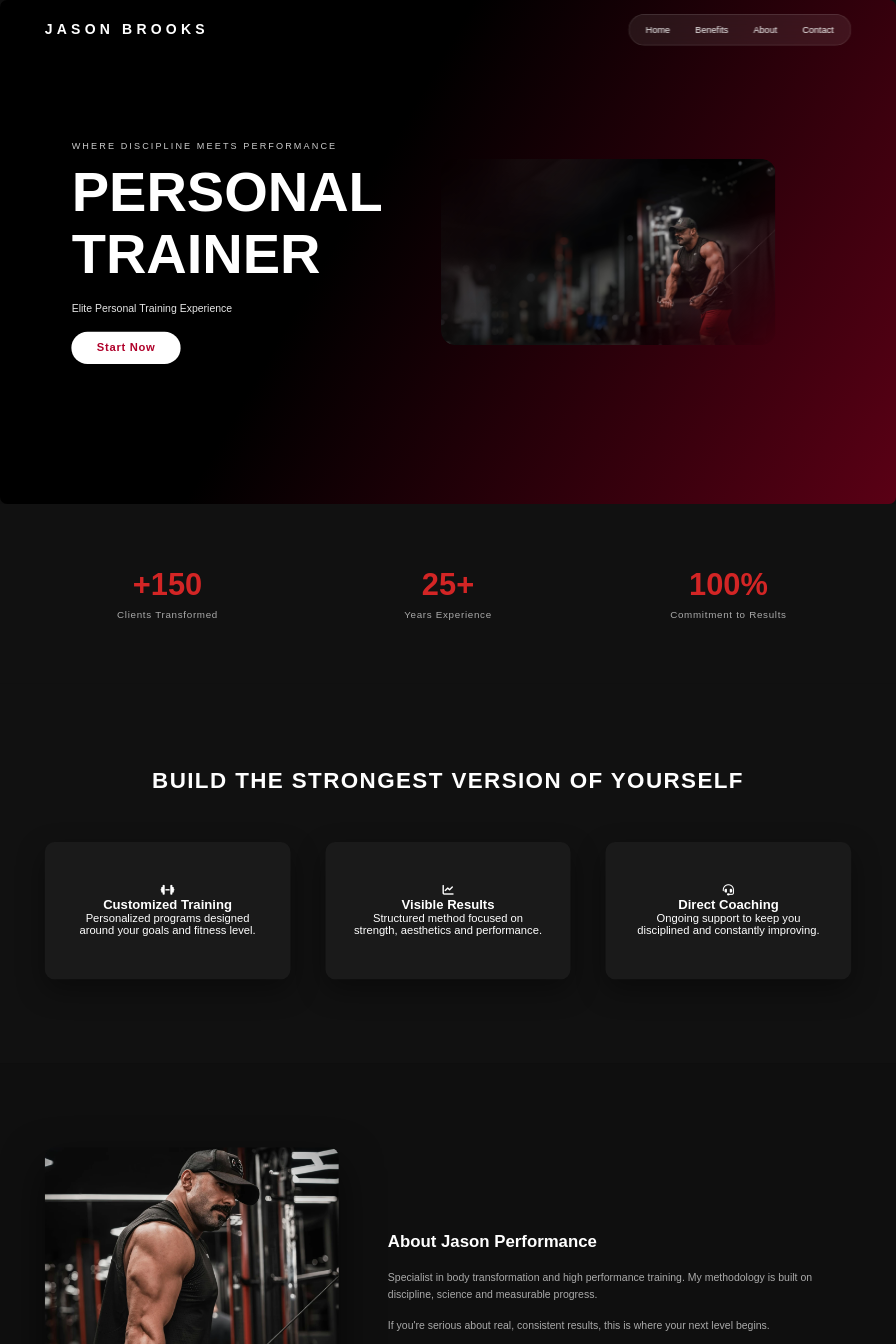
Repository: davidfsillva/Jason-Brooks
Page: index.html
The author's editor kept a copy of each file at every save. The page is drawn from the files as they stood at one save, then again after the next save.
The browser window is 1280 px wide. The pictures show the part of the page from y = 0 to 1920 px (the page is 3042 px tall), at 70% of full size.
Some web fonts or font styles are not loaded; a fallback is used.

Above is the page before, as saved 2026-02-21 16:37:06.

### index.html
<!DOCTYPE html>
<html lang="en">
<head>
    <!-- META SEO -->
    <meta charset="UTF-8">
    <meta name="viewport" content="width=device-width, initial-scale=1.0">

    <title>Axon Performance | Personal Trainer</title>
    <meta name="description" content="Personal trainer focused on performance, aesthetics and real physical transformation. Customized training programs for serious results.">

    <!-- Open Graph -->
    <meta property="og:title" content="Axon Performance | Personal Trainer">
    <meta property="og:description" content="Customized training programs focused on performance and transformation.">
    <meta property="og:type" content="website">
    <meta property="og:image" content="https://yourdomain.com/preview.jpg">

    <!-- Font Awesome (removido duplicado) -->
    <link rel="stylesheet" href="https://cdnjs.cloudflare.com/ajax/libs/font-awesome/6.5.1/css/all.min.css">

    <!-- Canonical -->
    <link rel="canonical" href="https://yourdomain.com/">

    <!-- CSS -->
    <link rel="stylesheet" href="style.css">

    <!-- JS -->
    <script src="script.js" defer></script>
</head>

<body>

    <!-- ================= HEADER ================= -->
    <header class="header">
        <div class="container nav-container">
            <div class="logo">JASON BROOKS </div>

            <nav class="nav" id="nav">
                <a href="#home" class="active">Home</a>
                <a href="#benefits">Benefits</a>
                <a href="#about">About</a>
                <a href="#contact">Contact</a>
            </nav>

            <button
                class="menu-toggle"
                id="menu-toggle"
                aria-label="Toggle navigation menu"
                aria-expanded="false">

                <span class="hamburger">
                    <span></span>
                    <span></span>
                    <span></span>
                </span>

            </button>
        </div>
    </header>

    <!-- ================= HERO ================= -->
    <section class="hero">

        <div class="hero-content">
            <p class="hero-small">Where Discipline Meets Performance</p>
            <h1>PERSONAL<br>TRAINER</h1>
            <p class="hero-sub">Elite Personal Training Experience</p>
            <a href="#" class="btn-primary">Start Now</a>
        </div>

        <div class="hero-image-side">
            <img src="img/Design sem nome (2).png" alt="Personal Trainer">
        </div>

    </section>

    <!-- ================= STATS ================= -->
    <section class="stats">
        <div class="container stats-grid">
            <div class="stat-item">
                <h3>+150</h3>
                <p>Clients Transformed</p>
            </div>
            <div class="stat-item">
                <h3>25+</h3>
                <p>Years Experience</p>
            </div>
            <div class="stat-item">
                <h3>100%</h3>
                <p>Commitment to Results</p>
            </div>
        </div>
    </section>

    <!-- ================= BENEFITS ================= -->
    <section class="benefits" id="benefits">
        <div class="container">
            <h2 class="section-title fade-in">Build the Strongest Version of Yourself</h2>

            <div class="benefits-grid">

                <div class="benefit-card fade-in">
                    <i class="fa-solid fa-dumbbell"></i>
                    <h3>Customized Training</h3>
                    <p>Personalized programs designed around your goals and fitness level.</p>
                </div>

                <div class="benefit-card fade-in">
                    <i class="fa-solid fa-chart-line"></i>
                    <h3>Visible Results</h3>
                    <p>Structured method focused on strength, aesthetics and performance.</p>
                </div>

                <div class="benefit-card fade-in">
                    <i class="fa-solid fa-headset"></i>
                    <h3>Direct Coaching</h3>
                    <p>Ongoing support to keep you disciplined and constantly improving.</p>
                </div>

            </div>
        </div>
    </section>

    <!-- ================= ABOUT ================= -->
    <section class="about" id="about">
        <div class="container about-container fade-in">

            <div class="about-image">
                <img src="img/hero2.webp" alt="Professional personal trainer coaching client">
            </div>

            <div class="about-text">
                <h2>About Jason Performance</h2>
                <p>
                    Specialist in body transformation and high performance training.
                    My methodology is built on discipline, science and measurable progress.
                </p>
                <p>
                    If you're serious about real, consistent results,
                    this is where your next level begins.
                </p>
                <a href="#contact" class="btn-secondary">Work With Me</a>
            </div>

        </div>
    </section>

    <!-- ================= CTA ================= -->
    <section class="cta" id="contact">
        <div class="container fade-in">
            <h2>Ready to Elevate Your Performance?</h2>
            <p>Fill out the form below and start your transformation today.</p>

            <form id="contact-form" class="contact-form" novalidate>
                <input
                    type="text"
                    id="name"
                    placeholder="Your Name"
                    required
                    aria-label="Your Name">

                <input
                    type="email"
                    id="email"
                    placeholder="Your Email"
                    required
                    aria-label="Your Email">

                <button type="submit" class="btn-primary">
                    Start Now
                </button>

                <p id="form-message" role="alert"></p>
            </form>
        </div>
    </section>

    <!-- ================= FOOTER ================= -->
    <footer class="footer">
        <p>© 2026 Jason Brooks - All Rights Reserved</p>
    </footer>

</body>
</html>

### style.css
/* ================= FONT ================= */
@font-face {
    font-family: 'TT Answer';
    src: url('fonts/TTAnswer-Regular.woff2') format('woff2');
    font-weight: 400;
    font-style: normal;
}

@font-face {
    font-family: 'TT Answer';
    src: url('fonts/TTAnswer-Medium.woff2') format('woff2');
    font-weight: 500;
    font-style: normal;
}

@font-face {
    font-family: 'TT Answer';
    src: url('fonts/TTAnswer-Bold.woff2') format('woff2');
    font-weight: 700;
    font-style: normal;
}


/* ================= DESIGN SYSTEM ================= */
:root {
    --primary: #b0002a;
    --primary-light: #d32525;
    --dark: #0f0f0f;
    --dark-light: #1a1a1a;
    --text: #ffffff;
    --text-muted: #aaaaaa;
    --radius: 14px;
    --transition: 0.3s ease;
}


/* ================= RESET ================= */
* {
    margin: 0;
    padding: 0;
    box-sizing: border-box;
}

body {
    font-family: 'Playfair Display', sans-serif;
    background: var(--dark);
    color: var(--text);
    scroll-behavior: smooth;
    -webkit-font-smoothing: antialiased;

}

.container {
    width: 90%;
    max-width: 1200px;
    margin: auto;
}


/* ================= HEADER ================= */
header {
    position: fixed;
    top: 0;
    left: 0;
    width: 100%;
    padding: 20px 0;
    background: transparent;
    z-index: 10;
    transition: 0.3s ease;

}

.nav-container {
    display: flex;
    justify-content: space-between;
    align-items: center;
}

.logo {
    font-size: 20px;
    font-weight: 700;
    letter-spacing: 6px;
    text-transform: uppercase;
}

/* ================= MENU PILL ================= */
.nav {
    display: flex;
    align-items: center;
    padding: 6px;
    border-radius: 40px;
    background: rgba(255,255,255,0.08);
    backdrop-filter: blur(12px);
    border: 1px solid rgba(255,255,255,0.15);
}

.nav a {
    text-decoration: none;
    color: white;
    font-size: 13px;
    font-weight: 500;
    padding: 8px 18px;
    border-radius: 30px;
    transition: 0.3s ease;
}

.nav a.active {
    background: rgba(255, 255, 255, 0.185);
    color: white;
}

.nav a:hover {
    color: var(--primary-light);
}

.menu-toggle {
    display: none;
    font-size: 26px;
    cursor: pointer;
}

.header.scrolled {
    background: rgba(0,0,0,0.85);
    padding: 15px 0;
}

/* ================= HAMBURGER PREMIUM ================= */

.menu-toggle {
    background: none;
    border: none;
    cursor: pointer;
    display: none;
    z-index: 1100;
}

.hamburger {
    width: 28px;
    height: 20px;
    position: relative;
    display: flex;
    flex-direction: column;
    justify-content: space-between;
    transition: 0.4s ease;
}

.hamburger span {
    height: 2px;
    width: 100%;
    background: var(--text);
    border-radius: 2px;
    transition: 0.4s ease;
    transform-origin: center;
}

/* ================= ANIMAÇÃO ATIVO ================= */

.menu-toggle.active .hamburger {
    transform: rotate(180deg);
}

.menu-toggle.active .hamburger span:nth-child(1) {
    transform: translateY(9px) rotate(45deg);
}

.menu-toggle.active .hamburger span:nth-child(2) {
    opacity: 0;
}

.menu-toggle.active .hamburger span:nth-child(3) {
    transform: translateY(-9px) rotate(-45deg);
}



/* ================= HERO ================= */
.hero {
    min-height: 100vh;
    display: flex;
    align-items: center;
    justify-content: space-between;
    padding: 0 8%;
    position: relative;
    border-radius: 10px;
    background: linear-gradient(
        120deg,
        #000000 40%,
        #5a0015 100%
    );
}

.hero-overlay {
    position: absolute;
    inset: 0;
    z-index: 1;

    background:
        radial-gradient(
            circle at center,
            rgba(0, 0, 0, 0) 40%,
            rgba(0, 0, 0, 0.6) 100%
        ),
        linear-gradient(
            rgba(120, 0, 30, 0.85),
            rgba(120, 0, 30, 0.85)
        );
}

.hero-content {
    flex: 1;
    text-align: left;
    max-width: 600px;
    z-index: 2;
}

.hero-small {
    font-size: 13px;
    letter-spacing: 3px;
    text-transform: uppercase;
    margin-bottom: 15px;
    opacity: 0.8;
}

.hero-content h1 {
    font-size: 80px;
    line-height: 1.1;
}

.hero-sub {
    margin: 25px 0;
    font-size: 15px;
    font-weight: 400;
    opacity: 0.9;
}

.hero-image-side {
    flex: 1;
    display: flex;
    justify-content: flex-end;
    align-items: center; /* centraliza verticalmente */
    padding-right: 70px;
}

.hero-image-side img {
    width: 95%;
    max-width: 480px;
    border-radius: 20px;

    -webkit-mask-image: linear-gradient(
        135deg,
        transparent 0%,
        black 40%,
        black 60%,
        transparent 100%
    );

    mask-image: linear-gradient(
        135deg,
        transparent 0%,
        black 40%,
        black 60%,
        transparent 100%
    );
}




/* ================= BUTTONS ================= */
.btn-primary {
    display: inline-block;
    padding: 14px 36px;
    background: var(--text);
    color: var(--primary);
    text-decoration: none;
    font-weight: 600;
    border-radius: 30px;
    letter-spacing: 1px;
    transition: var(--transition);
}

.btn-primary:hover {
    background: var(--primary-light);
    color: white;
    transform: translateY(-3px);
}

.btn-secondary {
    display: inline-block;
    margin-top: 20px;
    padding: 12px 30px;
    border: 2px solid var(--primary);
    color: var(--primary);
    text-decoration: none;
    border-radius: 30px;
    font-weight: 500;
    transition: var(--transition);
}

.btn-secondary:hover {
    background: var(--primary);
    color: white;
}


/* ================= STATS ================= */
.stats {
    background: #111;
    padding: 90px 0;
    text-align: center;
}

.stats-grid {
    display: grid;
    grid-template-columns: repeat(auto-fit, minmax(200px, 1fr));
    gap: 50px;
}

.stat-item h3 {
    font-size: 44px;
    font-weight: 700;
    color: var(--primary-light);
}

.stat-item p {
    margin-top: 10px;
    font-size: 14px;
    color: var(--text-muted);
    letter-spacing: 1px;
}


/* ================= BENEFITS ================= */
.benefits {
    padding: 120px 0;
    background: #111;
    text-align: center;
}

.section-title {
    margin-bottom: 70px;
    font-size: 32px;
    font-weight: 700;
    letter-spacing: 2px;
    text-transform: uppercase;
}

.benefits-grid {
    display: grid;
    grid-template-columns: repeat(auto-fit, minmax(260px, 1fr));
    gap: 50px;
}

.benefit-card {
    background: var(--dark-light);
    padding: 60px 35px;
    border-radius: var(--radius);
    transition: var(--transition);
    box-shadow: 0 15px 40px rgba(0,0,0,0.4);
}

.benefit-card:hover {
    transform: translateY(-10px);
    background: #222;
}

.icon {
    font-size: 32px;
    color: var(--primary-light);
    margin-bottom: 25px;
    transition: 0.3s ease;
}

.benefit-card:hover .icon {
    transform: scale(1.15);
    color: white;
}


/* ================= ABOUT ================= */
.about {
    padding: 120px 0;
    background: var(--dark);
}

.about-container {
    display: flex;
    gap: 70px;
    align-items: center;
    flex-wrap: wrap;
}

.about-image img {
    width: 100%;
    max-width: 420px;
    border-radius: var(--radius);
    box-shadow: 0 25px 60px rgba(0,0,0,0.6);
}

.about-text {
    flex: 1;
}

.about h2 {
    margin-bottom: 25px;
    font-weight: 700;
}

.about p {
    margin-bottom: 18px;
    line-height: 1.7;
    font-size: 15px;
    color: var(--text-muted);
}


/* ================= CTA PREMIUM ================= */
.cta {
    padding: 140px 0;
    background: radial-gradient(circle at top left, rgba(255,0,80,0.25), transparent 60%),
                linear-gradient(120deg, #5a0015, #b0002a);
    text-align: center;
    position: relative;
}

.cta h2 {
    font-size: 36px;
    margin-bottom: 15px;
    letter-spacing: 2px;
    text-transform: uppercase;
}

.cta p {
    color: rgba(255,255,255,0.8);
    margin-bottom: 40px;
    font-size: 15px;
}

/* Card do formulário */
.contact-form {
    background: rgba(255,255,255,0.06);
    backdrop-filter: blur(18px);
    padding: 45px 35px;
    border-radius: 20px;
    display: flex;
    flex-direction: column;
    gap: 18px;
    max-width: 420px;
    margin: auto;
    box-shadow: 0 30px 60px rgba(0,0,0,0.5);
    border: 1px solid rgba(255,255,255,0.08);
}

/* Inputs */
.contact-form input {
    padding: 16px 20px;
    border-radius: 30px;
    border: 1px solid rgba(255,255,255,0.15);
    background: rgba(0,0,0,0.4);
    color: white;
    font-family: 'TT Answer', sans-serif;
    font-size: 14px;
    transition: 0.3s ease;
}

.contact-form input::placeholder {
    color: rgba(255,255,255,0.5);
}

.contact-form input:focus {
    border-color: var(--primary-light);
    box-shadow: 0 0 0 3px rgba(255,45,85,0.2);
    outline: none;
}

/* Botão */
.contact-form button {
    padding: 15px;
    border-radius: 30px;
    border: none;
    background: white;
    color: var(--primary);
    font-weight: 600;
    letter-spacing: 1px;
    cursor: pointer;
    transition: 0.3s ease;
}

.contact-form button:hover {
    background: var(--primary-light);
    color: white;
    transform: translateY(-3px);
    box-shadow: 0 10px 25px rgba(0,0,0,0.4);
}

/* Mensagem */
#form-message {
    margin-top: 12px;
    font-size: 14px;
    color: #ffffffcc;
}


/* ================= FOOTER ================= */
.footer {
    text-align: center;
    padding: 30px;
    background: #000;
    font-size: 13px;
    letter-spacing: 1px;
    color: var(--text-muted);
}


/* ================= ANIMATION ================= */
.fade-in {
    opacity: 0;
    transform: translateY(30px);
    transition: 0.8s ease;
}

.fade-in.visible {
    opacity: 1;
    transform: translateY(0);
}

section {
    scroll-margin-top: 120px;
}


/* ================= RESPONSIVE ================= */
@media(max-width: 768px) {

    .hero {
        flex-direction: column;
        text-align: center;
    }

    .hero-image-side {
        justify-content: center;
        margin-top: 30px;
    }

    .hero-content {
        text-align: center;
        padding-left: 0;
    }

    .hero h1 {
        font-size: 60px;
        letter-spacing: 10px;
    }

    .about-container {
        flex-direction: column;
        text-align: center;
    }

    .nav {
        position: absolute;
        top: 80px;
        right: 0;
        background: black;
        flex-direction: column;
        width: 220px;
        padding: 25px;
        display: none;
    }

    .nav.active {
        display: flex;
    }

    .menu-toggle {
        display: block;
    }
}

### script.js
// ================= MENU MOBILE =================
const toggle = document.getElementById("menu-toggle");
const nav = document.getElementById("nav");
const icon = toggle.querySelector("i");

toggle.addEventListener("click", () => {

    const isActive = nav.classList.toggle("active");

    toggle.classList.toggle("active");
    toggle.setAttribute("aria-expanded", isActive);

    // Troca ícone
    if (isActive) {
        icon.classList.remove("fa-bars");
        icon.classList.add("fa-xmark");
    } else {
        icon.classList.remove("fa-xmark");
        icon.classList.add("fa-bars");
    }
});

// ================= HEADER SCROLL EFFECT =================
const header = document.querySelector(".header");

if (header) {
    window.addEventListener("scroll", () => {
        header.classList.toggle("scrolled", window.scrollY > 50);
    });
}


/*
IMPORTANTE:
Adicione isso no CSS:

.header.scrolled {
    background: rgba(0,0,0,0.85);
    padding: 15px 0;
}
*/


// ================= SCROLL REVEAL =================
const faders = document.querySelectorAll(".fade-in");

if ("IntersectionObserver" in window && faders.length > 0) {

    const appearOptions = {
        threshold: 0.15,
        rootMargin: "0px 0px -50px 0px"
    };

    const appearOnScroll = new IntersectionObserver((entries, observer) => {
        entries.forEach(entry => {

            if (!entry.isIntersecting) return;

            entry.target.classList.add("visible");
            observer.unobserve(entry.target);

        });
    }, appearOptions);

    faders.forEach((el, index) => {
        el.style.transitionDelay = `${index * 0.1}s`;
        appearOnScroll.observe(el);
    });
}


// ================= FORM VALIDATION =================
const form = document.getElementById("contact-form");
const message = document.getElementById("form-message");

if (form && message) {

    form.addEventListener("submit", function(e){
        e.preventDefault();

        const name = document.getElementById("name").value.trim();
        const email = document.getElementById("email").value.trim();

        const emailRegex = /^[^\s@]+@[^\s@]+\.[^\s@]+$/;

        if (name.length < 3) {
            message.textContent = "Please enter a valid name (min. 3 characters).";
            message.style.color = "yellow";
            return;
        }

        if (!emailRegex.test(email)) {
            message.textContent = "Please enter a valid email address.";
            message.style.color = "yellow";
            return;
        }

        message.textContent = "Message sent successfully!";
        message.style.color = "lightgreen";

        form.reset();
    });
}

const sections = document.querySelectorAll("section");
const navLinks = document.querySelectorAll(".nav a");

window.addEventListener("scroll", () => {
  let current = "";

  sections.forEach(section => {
    const sectionTop = section.offsetTop - 150;
    if (scrollY >= sectionTop) {
      current = section.getAttribute("id");
    }
  });

  navLinks.forEach(link => {
    link.classList.remove("active");
    if (link.getAttribute("href") === "#" + current) {
      link.classList.add("active");
    }
  });
});

After the next save:
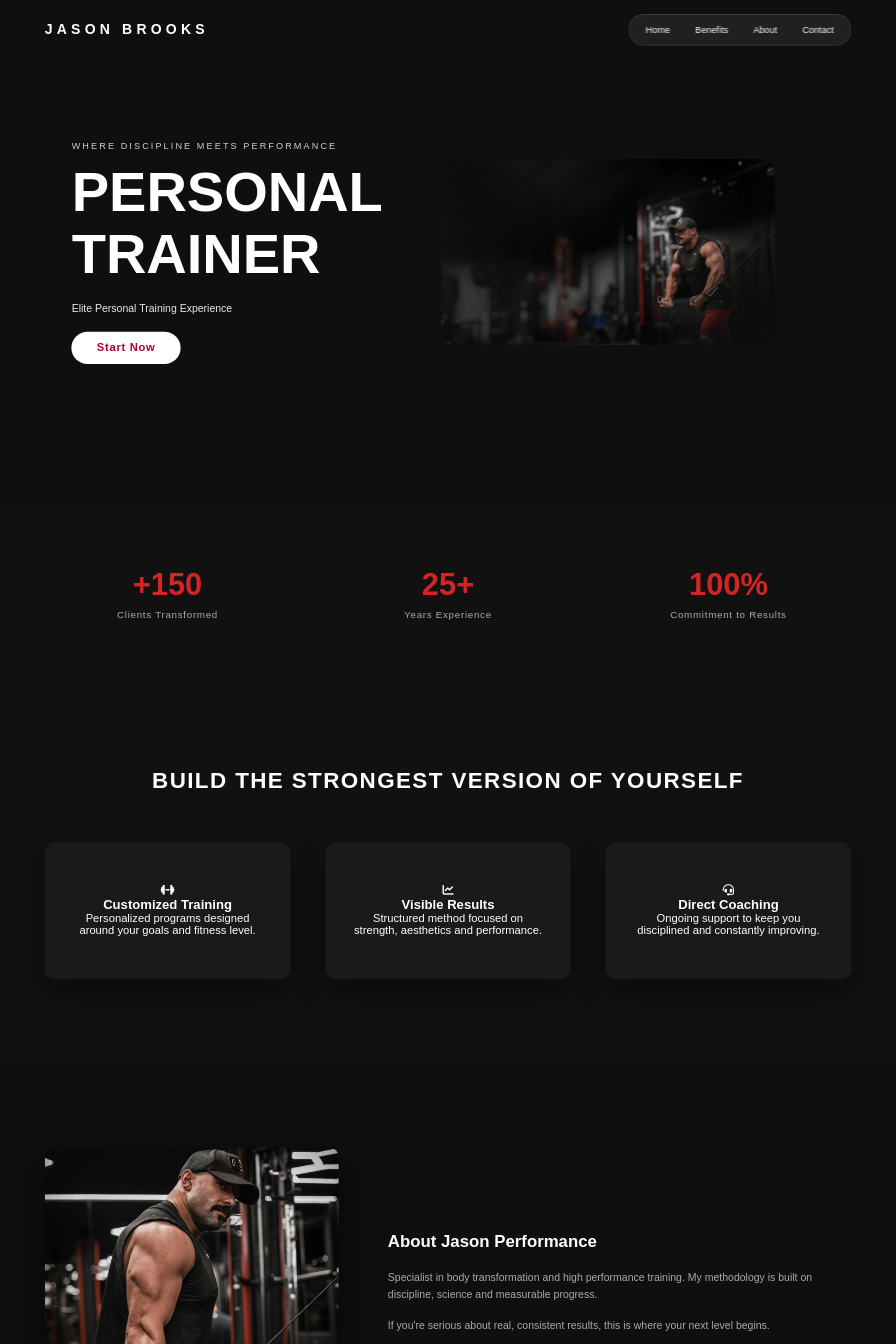
Saved 113 s later.
--- a/style.css
+++ b/style.css
@@ -175,18 +175,13 @@ header {
 
 /* ================= HERO ================= */
 .hero {
-    min-height: 100vh;
+    height: 100vh; /* força tela inteira */
     display: flex;
     align-items: center;
     justify-content: space-between;
     padding: 0 8%;
     position: relative;
-    border-radius: 10px;
-    background: linear-gradient(
-        120deg,
-        #000000 40%,
-        #5a0015 100%
-    );
+    overflow: hidden; /* importante */
 }
 
 .hero-overlay {
